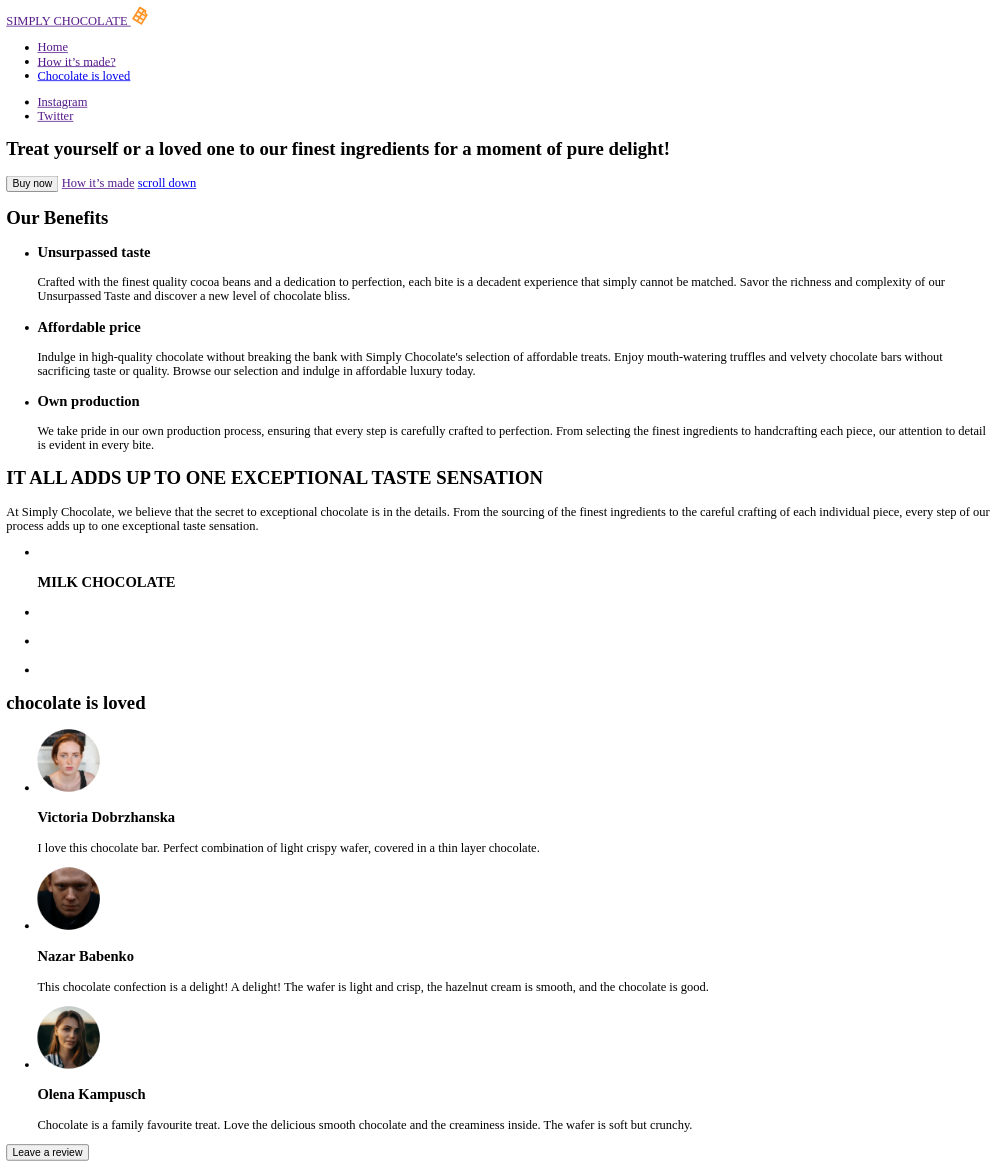
Repository: Sofiia-Khomyk/goit-markup-class-01
Page: index.html
These files come from the project's save history. The page is drawn as it stood at one moment and after the next save; the edit follows.
The browser window is 1280 px wide. The pictures show the whole page, at 78% of full size.

Above is the page before, as saved 2024-11-11 15:55:36.

After the next save:
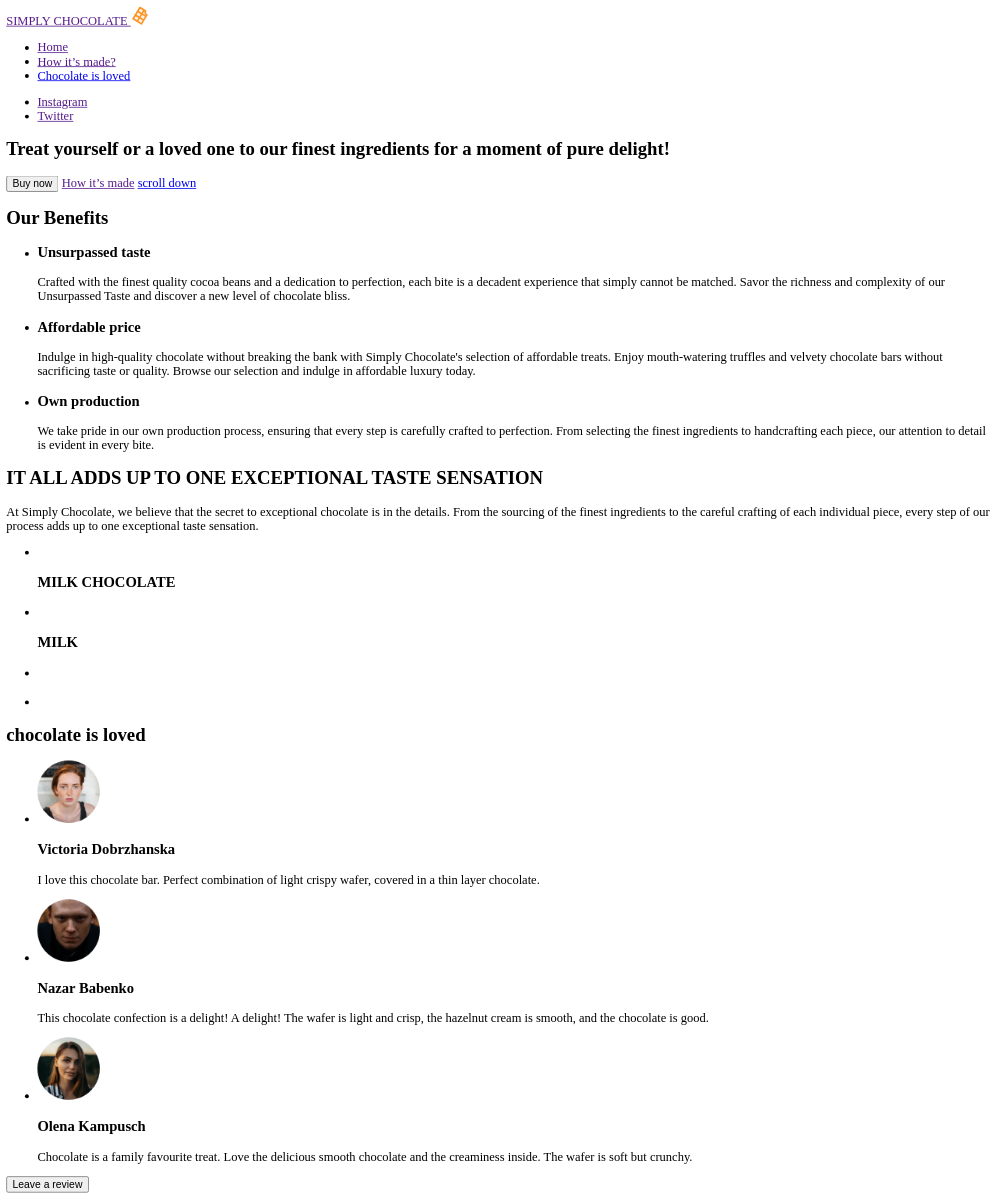
Saved 15 s later.
--- a/index.html
+++ b/index.html
@@ -96,7 +96,7 @@
           </li>
           <li>
             <img src="" alt="" />
-            <h3></h3>
+            <h3>MILK</h3>
           </li>
           <li>
             <img src="" alt="" />
